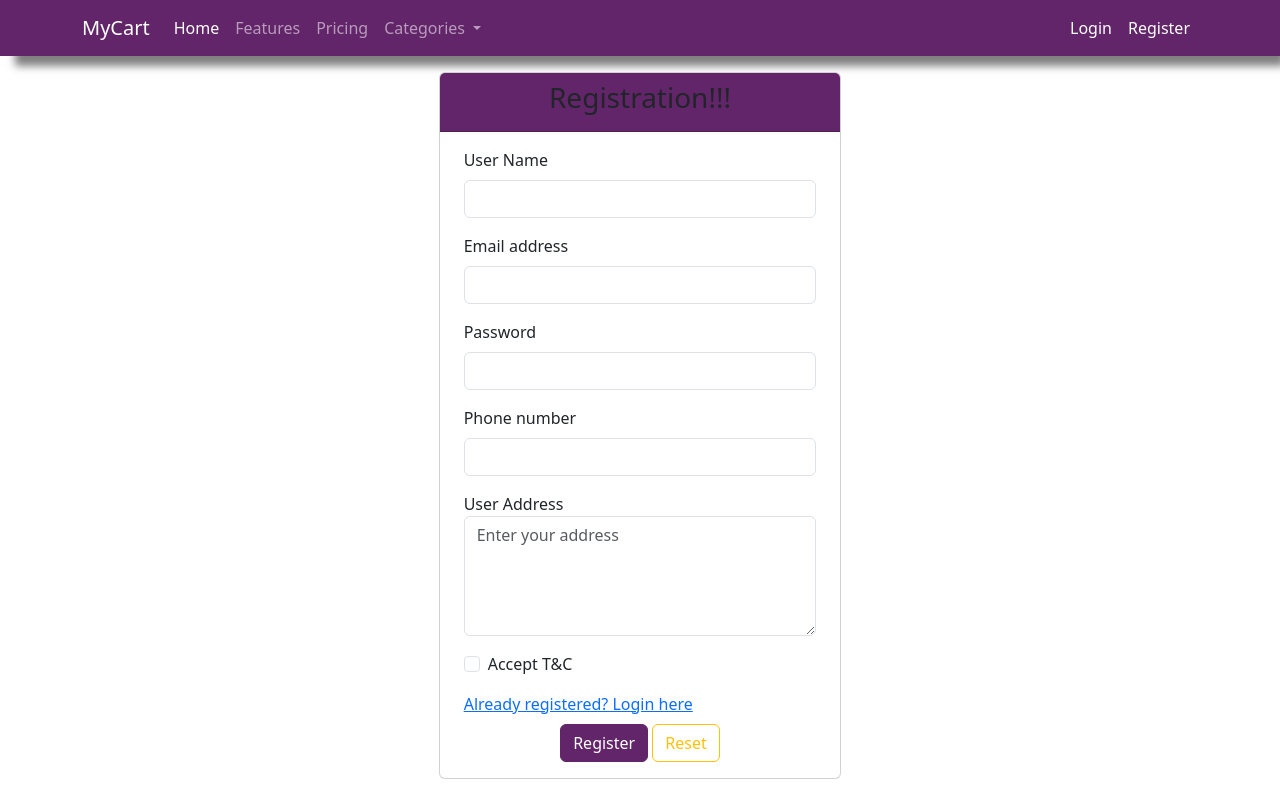
Repository: siddhant-gore/java-ecommerce
Page: http://localhost/myCart/register.jsp
The author's editor kept a copy of each file at every save. The page is drawn from the files as they stood at one save, then again after the next save.
The browser window is 1280 px wide. The pictures show the whole page.
The page is served by Tomcat 9. Other server files are loaded and not shown.

Above is the page before, as saved 2023-05-09 17:58:09.

### myCart/src/main/webapp/register.jsp
<%@ page language="java" contentType="text/html; charset=ISO-8859-1"
	pageEncoding="ISO-8859-1"%>
<!DOCTYPE html>
<html>
<head>
<meta charset="ISO-8859-1">
<title>MyCart -Registration</title>
<%@include file="components/common_css_js.jsp"%>

</head>
<body>
	<%@include file="components/navbar.jsp"%>

	<div class="container-fluid">

		<div class="row mt-0 mb-3 ">
			<div class="col-md-4 offset-md-4">

				<div class="card mycart-form-shadow">
					<div class="card-header mycart-bg">
						<h3 class="text-center">Registration!!!</h3>

					</div>
					<%@include file="components/message.jsp"%>
					<div class="card-body px-4">

						<form action="registerServlet" method="post">

							<div class="mb-3">
								<label for="userName" class="form-label">User Name</label> <input
									type="text" name="user_name" class="form-control" id="userName"
									required>
							</div>

							<div class="mb-3">
								<label for="exampleInputEmail1" class="form-label">Email
									address</label> <input type="email" name="user_email"
									class="form-control" id="userEmail"
									aria-describedby="emailHelp" required>
							</div>
							<div class="mb-3">
								<label for="exampleInputPassword1" class="form-label">Password</label>
								<input type="password" name="user_password" class="form-control"
									id="exampleInputPassword1" required>
							</div>

							<div class="mb-3">
								<label for="userPhone" class="form-label">Phone number</label> <input
									type="number" name="user_phone" class="form-control"
									id="userPhone" required>
							</div>

							<div class="mb-3">
								<label for="userAddress">User Address</label>
								<textarea style="height: 120px;" name="user_address"
									id="userAddress" class="form-control"
									placeholder="Enter your address" required></textarea>
							</div>

							<div class="mb-3 form-check">
								<input type="checkbox" class="form-check-input"
									id="exampleCheck1"> <label class="form-check-label"
									for="exampleCheck1">Accept T&C</label>
							</div>
							<a href="login.jsp">Already registered? Login here</a>
							<div class="container text-center mt-2">
								<button class="btn btn-primary mycart-btn">Register</button>
								<button class="btn btn-outline-warning">Reset</button>

							</div>
						</form>
					</div>

				</div>

			</div>

		</div>



	</div>

</body>
</html>

### myCart/src/main/webapp/components/common_css_js.jsp

<!--css-->
<link href="https://cdn.jsdelivr.net/npm/bootstrap@5.3.0-alpha3/dist/css/bootstrap.min.css" rel="stylesheet" integrity="sha384-KK94CHFLLe+nY2dmCWGMq91rCGa5gtU4mk92HdvYe+M/SXH301p5ILy+dN9+nJOZ" crossorigin="anonymous">
<link rel="stylesheet" href="css/style.css">


<!-- javascript -->
<script src="https://cdn.jsdelivr.net/npm/bootstrap@5.3.0-alpha3/dist/js/bootstrap.bundle.min.js" integrity="sha384-ENjdO4Dr2bkBIFxQpeoTz1HIcje39Wm4jDKdf19U8gI4ddQ3GYNS7NTKfAdVQSZe" crossorigin="anonymous"></script>
<script src="js/script.js"></script>

### myCart/src/main/webapp/components/navbar.jsp
<%@page import="com.learn.mycart.entities.User" %>
<%
		User user1 = (User)session.getAttribute("current-user");
%>

<nav class="element-shadow navbar-expand-lg navbar-dark navbar mb-3 bg-body-tertiary mycart-bg">


  <div class="container">
    <a class="navbar-brand" href="index.jsp">MyCart</a>
    <button class="navbar-toggler" type="button" data-bs-toggle="collapse" data-bs-target="#navbarNavDropdown" aria-controls="navbarNavDropdown" aria-expanded="false" aria-label="Toggle navigation">
      <span class="navbar-toggler-icon"></span>
    </button>
    <div class="collapse navbar-collapse" id="navbarNavDropdown">
      <ul class="navbar-nav">
        <li class="nav-item">
          <a class="nav-link active" aria-current="page" href="index.jsp">Home</a>
        </li>
        <li class="nav-item">
          <a class="nav-link" href="#">Features</a>
        </li>
        <li class="nav-item">
          <a class="nav-link" href="#">Pricing</a>
        </li>
        <li class="nav-item dropdown">
          <a class="nav-link dropdown-toggle" href="#" role="button" data-bs-toggle="dropdown" aria-expanded="false">
            Categories
          </a>
          <ul class="dropdown-menu">
            <li><a class="dropdown-item" href="#">Action</a></li>
            <li><a class="dropdown-item" href="#">Another action</a></li>
            <li><a class="dropdown-item" href="#">Something else here</a></li>
          </ul>
        </li>
      </ul>
    </div>

    <%

    if(user1 == null){

    %>

    <ul class="navbar-nav ml-auto">
      	<li class="nav-item active">
      		<a class="nav-link active" href="login.jsp">Login</a>
      	</li>
      	<li class="nav-item active">
      		<a class="nav-link active" href="register.jsp">Register</a>
      	</li>

      </ul>


    <%

    }





    else{

    %>
    <ul class="navbar-nav ml-auto">
      	<li class="nav-item active">
      		<a class="nav-link" href="#!"><%= user1.getUserName() %></a>
      	</li>
      	<li class="nav-item active">
      		<a class="nav-link" href="logoutServlet">Logout</a>
      	</li>

      </ul>


    <%


    }



    %>

  </div>


</nav>

### myCart/src/main/webapp/components/message.jsp
<%
String message = (String)session.getAttribute("message");
if(message != null)
{

//	out.println(message);

%>

<div class="alert alert-success alert-dismissible fade m-1 show" role="alert">
  <strong><%=message %></strong>
  <button type="button" class="btn-close" data-bs-dismiss="alert" aria-label="Close"></button>
</div>

<%


	session.removeAttribute("message");
}

%>

### myCart/src/main/webapp/css/style.css
@charset "ISO-8859-1";

:root{

	--theme-color: #622569;
}
.mycart-bg{
	background: var(--theme-color) !important;
}

.element-shadow{
	box-shadow: 10px 15px 8px -5px rgba(0, 0, 0, .5);
}


.mycart-btn{
	background:  var(--theme-color) !important;
	border-color: var(--theme-color) !important;
}
.mycart-btn:hover{
	 box-shadow: 0px 0px 5px var(--theme-color), 0px 0px 10px var(--theme-color), 0px 0px 15px var(--theme-color), 0px 0px 50px var(--theme-color);
}

.admin .card{
	border: 1px solid;
}

.admin .card:hover{
	background: var(--theme-color);
	cursor: pointer;
}

.list-group-item.active{

	background: var(--theme-color) !important;
	border-color: var(--theme-color) !important;


}

.discount-label{
	font-size:12px !important;
	font-style: italic !important;

}
.text-strike{
	text-decoration: line-through !important;

}
.discount-color{
	color: green;
	font-weight: bold;
}

.product-card:hover{
	cursor: pointer;
	transform: translate(0,-2px);
}

After the next save:
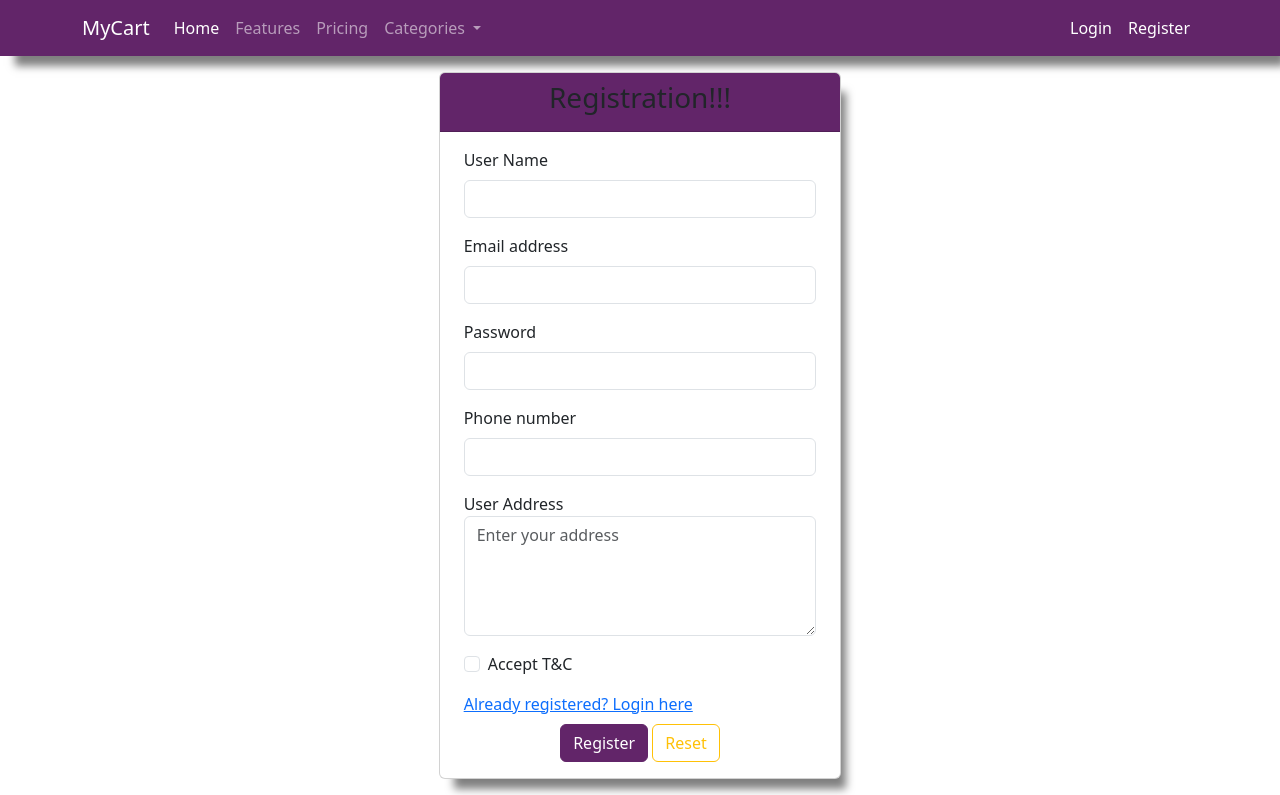
Saved 90 s later.
--- a/myCart/src/main/webapp/register.jsp
+++ b/myCart/src/main/webapp/register.jsp
@@ -16,7 +16,7 @@
 		<div class="row mt-0 mb-3 ">
 			<div class="col-md-4 offset-md-4">
 
-				<div class="card mycart-form-shadow">
+				<div class="card element-shadow">
 					<div class="card-header mycart-bg">
 						<h3 class="text-center">Registration!!!</h3>
 
